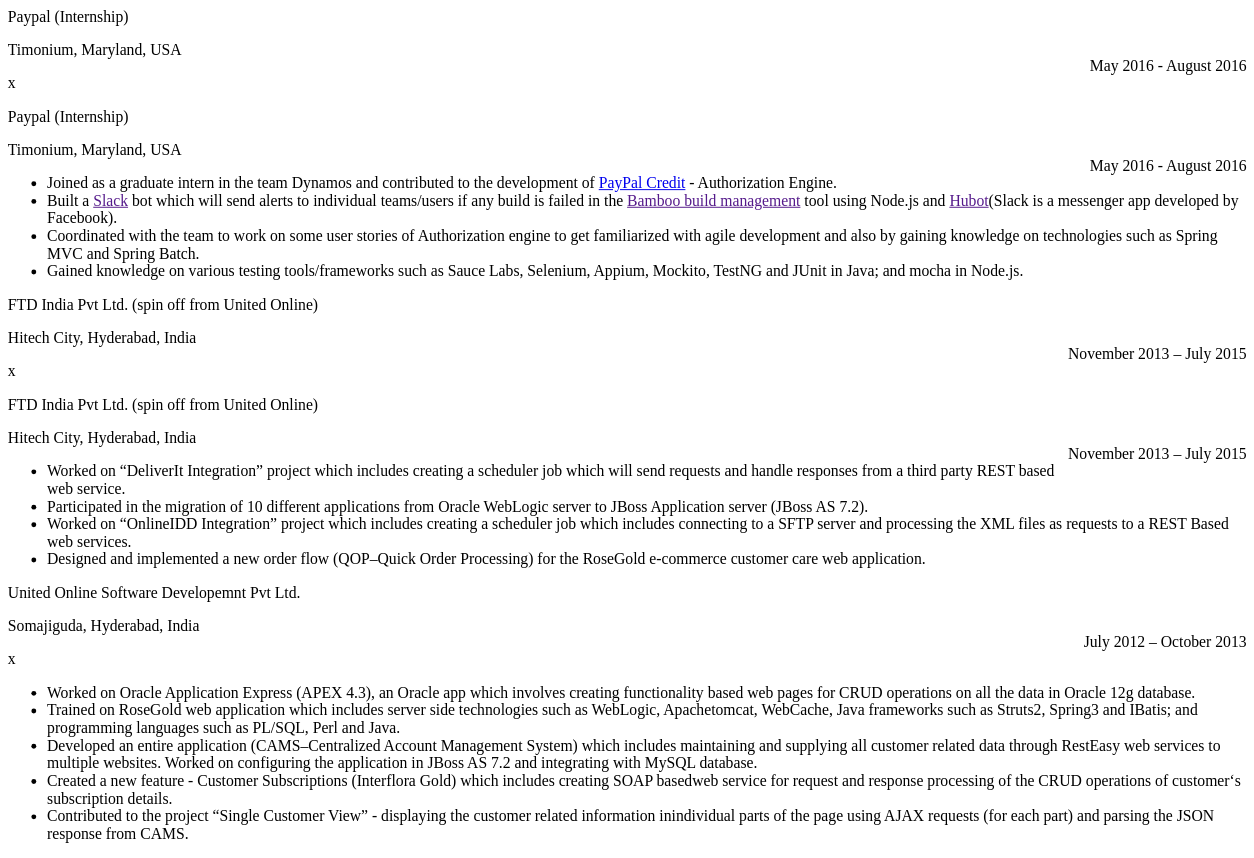
Repository: phanindrakannaji/Resume
Page: http://localhost/application/pages/experience.php
The author's editor kept a copy of each file at every save. The page is drawn from the files as they stood at one save, then again after the next save.
The browser window is 1280 px wide. The pictures show the whole page, at 98% of full size.
The page is run by PHP 8.4 with error messages shown; the project is at /var/www/html/.

Above is the page before, as saved 2016-09-25 17:03:40.
Console error: ReferenceError: $ is not defined

### Resume/application/pages/experience.php
<script type="text/javascript"
	src="../resources/scripts/refreshScript.js"></script>
<div class="divExperience customfont2">
	<div class="divExperienceHeading">
		<p class="expHeading">Paypal (Internship)</p>
		<p class="expHeadingContent" style="float: right;">May 2016 - August 2016</p>
		<p class="expHeadingContent divExperiencelocation ">Timonium,
			Maryland, USA</p>
	</div>
	<div class="divExperienceWork modal">
		<div class="modal-content">
			<span class="close">x</span>
			<p class="expHeading">Paypal (Internship)</p>
		<p class="expHeadingContent" style="float: right;">May 2016 - August 2016</p>
		<p class="expHeadingContent divExperiencelocation ">Timonium,
			Maryland, USA</p>
			<ul>
				<li>Joined as a graduate intern in the team Dynamos and contributed
					to the development of <a
					href="https://en.wikipedia.org/wiki/PayPal_Credit" target="blank">PayPal
						Credit</a> - Authorization Engine.
				</li>
				<li>Built a <a href="" target="blank">Slack</a> bot which will send
					alerts to individual teams/users if any build is failed in the <a
					href="" target="blank">Bamboo build management</a> tool using
					Node.js and <a href="" target="blank">Hubot</a>(Slack is a
					messenger app developed by Facebook).
				</li>
				<li>Coordinated with the team to work on some user stories of
					Authorization engine to get familiarized with agile development and
					also by gaining knowledge on technologies such as Spring MVC and
					Spring Batch.</li>
				<li>Gained knowledge on various testing tools/frameworks such as
					Sauce Labs, Selenium, Appium, Mockito, TestNG and JUnit in Java;
					and mocha in Node.js.</li>
			</ul>
		</div>
	</div>
</div>

<div class="divExperience customfont2">
	<div class="divExperienceHeading">
		<p class="expHeading">FTD India Pvt Ltd. (spin off
			from United Online)</p>
		<p class="expHeadingContent" style="float: right;">November 2013 – July 2015</p>
		<p class=" expHeadingContent divExperiencelocation ">Hitech City,
			Hyderabad, India</p>
	</div>
	<div class="divExperienceWork modal">
		<div class="modal-content">
			<span class="close">x</span>
			<p class="expHeading">FTD India Pvt Ltd. (spin off
			from United Online)</p>
		<p class="expHeadingContent" style="float: right;">November 2013 – July 2015</p>
		<p class=" expHeadingContent divExperiencelocation ">Hitech City,
			Hyderabad, India</p>
			<ul>
				<li>Worked on “DeliverIt Integration” project which includes
					creating a scheduler job which will send requests and handle
					responses from a third party REST based web service.</li>
				<li>Participated in the migration of 10 different applications from
					Oracle WebLogic server to JBoss Application server (JBoss AS 7.2).</li>
				<li>Worked on “OnlineIDD Integration” project which includes
					creating a scheduler job which includes connecting to a SFTP server
					and processing the XML files as requests to a REST Based web
					services.</li>
				<li>Designed and implemented a new order flow (QOP–Quick Order
					Processing) for the RoseGold e-commerce customer care web
					application.</li>
			</ul>
		</div>
	</div>
</div>

<div class="divExperience customfont2">
	<div class="divExperienceHeading">
		<p class="expHeading">United Online Software
			Developemnt Pvt Ltd.</p>
		<p class="expHeadingContent" style="float: right;">July 2012 – October 2013</p>
		<p class="expHeadingContent divExperiencelocation ">Somajiguda,
			Hyderabad, India</p>
	</div>
	<div class="divExperienceWork modal">
		<div class="modal-content">
			<span class="close">x</span>
			<ul>
				<li>Worked on Oracle Application Express (APEX 4.3), an Oracle app
					which involves creating functionality based web pages for CRUD
					operations on all the data in Oracle 12g database.</li>
				<li>Trained on RoseGold web application which includes server side
					technologies such as WebLogic, Apachetomcat, WebCache, Java
					frameworks such as Struts2, Spring3 and IBatis; and programming
					languages such as PL/SQL, Perl and Java.</li>
				<li>Developed an entire application (CAMS–Centralized Account
					Management System) which includes maintaining and supplying all
					customer related data through RestEasy web services to multiple
					websites. Worked on configuring the application in JBoss AS 7.2 and
					integrating with MySQL database.</li>
				<li>Created a new feature - Customer Subscriptions (Interflora Gold)
					which includes creating SOAP basedweb service for request and
					response processing of the CRUD operations of customer‘s
					subscription details.</li>
				<li>Contributed to the project “Single Customer View” - displaying
					the customer related information inindividual parts of the page
					using AJAX requests (for each part) and parsing the JSON response
					from CAMS.</li>
			</ul>
		</div>
	</div>
</div>
<script type="text/javascript" src="../resources/scripts/experience.js"></script>

### Resume/resources/scripts/refreshScript.js
$(document).ready(function(){
	$("#commandInput").keypress(function(e){
		keypressInBox(e);
	});
	$("#commandInput").focus();
})

### Resume/resources/scripts/experience.js
$(document).ready(function(){
	$('.divExperienceHeading').click(function(){
		$(this).parent().children().last().css("display", "block");
	});
	var span = $(".close")[0];
	$(".close").click(function() {
	    $(this).parent().parent().css("display", "none");
	});
});

After the next save:
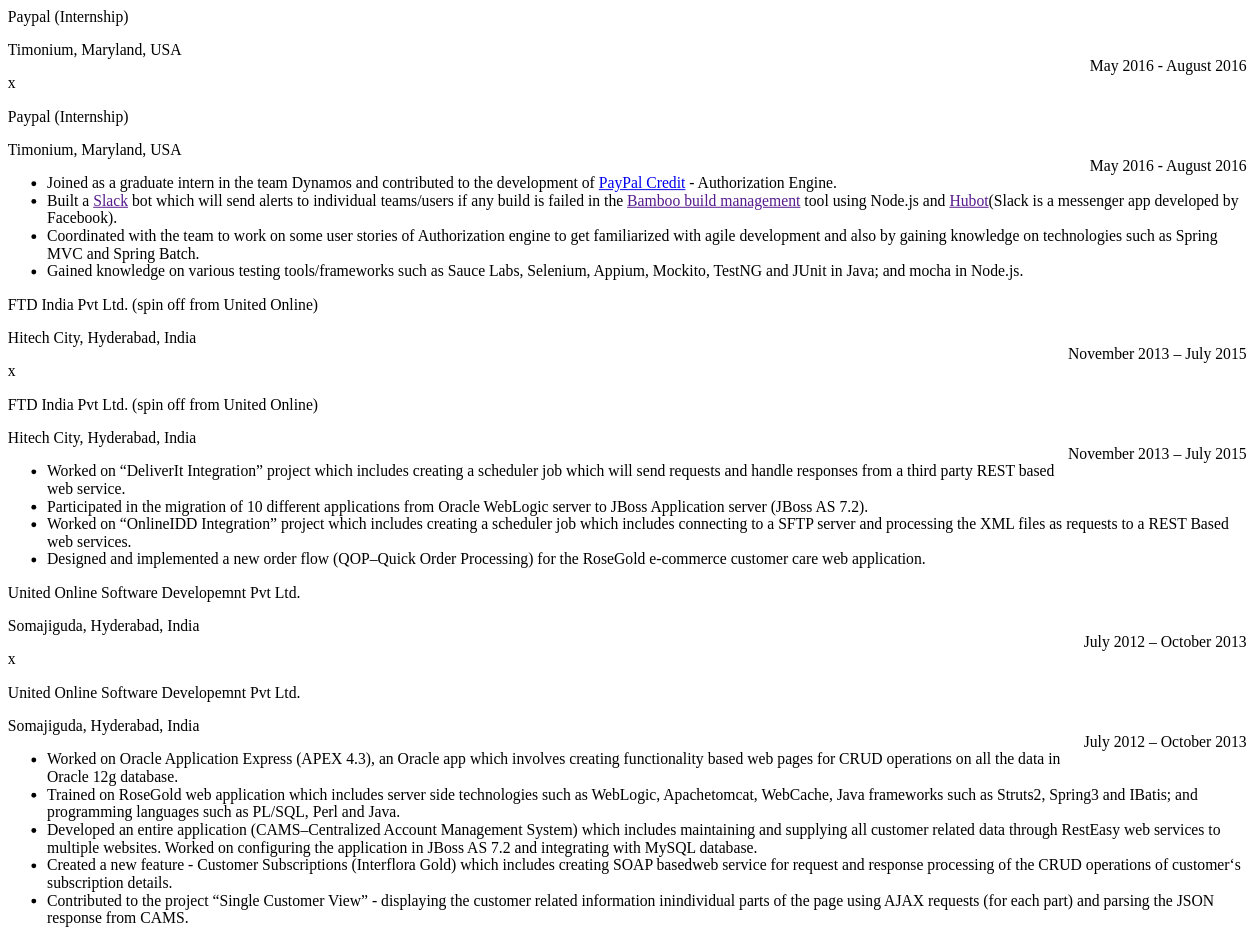
Saved 7 s later.
--- a/Resume/application/pages/experience.php
+++ b/Resume/application/pages/experience.php
@@ -3,7 +3,8 @@
 <div class="divExperience customfont2">
 	<div class="divExperienceHeading">
 		<p class="expHeading">Paypal (Internship)</p>
-		<p class="expHeadingContent" style="float: right;">May 2016 - August 2016</p>
+		<p class="expHeadingContent" style="float: right;">May 2016 - August
+			2016</p>
 		<p class="expHeadingContent divExperiencelocation ">Timonium,
 			Maryland, USA</p>
 	</div>
@@ -11,9 +12,10 @@
 		<div class="modal-content">
 			<span class="close">x</span>
 			<p class="expHeading">Paypal (Internship)</p>
-		<p class="expHeadingContent" style="float: right;">May 2016 - August 2016</p>
-		<p class="expHeadingContent divExperiencelocation ">Timonium,
-			Maryland, USA</p>
+			<p class="expHeadingContent" style="float: right;">May 2016 - August
+				2016</p>
+			<p class="expHeadingContent divExperiencelocation ">Timonium,
+				Maryland, USA</p>
 			<ul>
 				<li>Joined as a graduate intern in the team Dynamos and contributed
 					to the development of <a
@@ -40,20 +42,21 @@
 
 <div class="divExperience customfont2">
 	<div class="divExperienceHeading">
-		<p class="expHeading">FTD India Pvt Ltd. (spin off
-			from United Online)</p>
-		<p class="expHeadingContent" style="float: right;">November 2013 – July 2015</p>
+		<p class="expHeading">FTD India Pvt Ltd. (spin off from United Online)</p>
+		<p class="expHeadingContent" style="float: right;">November 2013 –
+			July 2015</p>
 		<p class=" expHeadingContent divExperiencelocation ">Hitech City,
 			Hyderabad, India</p>
 	</div>
 	<div class="divExperienceWork modal">
 		<div class="modal-content">
 			<span class="close">x</span>
-			<p class="expHeading">FTD India Pvt Ltd. (spin off
-			from United Online)</p>
-		<p class="expHeadingContent" style="float: right;">November 2013 – July 2015</p>
-		<p class=" expHeadingContent divExperiencelocation ">Hitech City,
-			Hyderabad, India</p>
+			<p class="expHeading">FTD India Pvt Ltd. (spin off from United
+				Online)</p>
+			<p class="expHeadingContent" style="float: right;">November 2013 –
+				July 2015</p>
+			<p class=" expHeadingContent divExperiencelocation ">Hitech City,
+				Hyderabad, India</p>
 			<ul>
 				<li>Worked on “DeliverIt Integration” project which includes
 					creating a scheduler job which will send requests and handle
@@ -74,15 +77,20 @@
 
 <div class="divExperience customfont2">
 	<div class="divExperienceHeading">
-		<p class="expHeading">United Online Software
-			Developemnt Pvt Ltd.</p>
-		<p class="expHeadingContent" style="float: right;">July 2012 – October 2013</p>
+		<p class="expHeading">United Online Software Developemnt Pvt Ltd.</p>
+		<p class="expHeadingContent" style="float: right;">July 2012 – October
+			2013</p>
 		<p class="expHeadingContent divExperiencelocation ">Somajiguda,
 			Hyderabad, India</p>
 	</div>
 	<div class="divExperienceWork modal">
 		<div class="modal-content">
 			<span class="close">x</span>
+			<p class="expHeading">United Online Software Developemnt Pvt Ltd.</p>
+			<p class="expHeadingContent" style="float: right;">July 2012 –
+				October 2013</p>
+			<p class="expHeadingContent divExperiencelocation ">Somajiguda,
+				Hyderabad, India</p>
 			<ul>
 				<li>Worked on Oracle Application Express (APEX 4.3), an Oracle app
 					which involves creating functionality based web pages for CRUD
